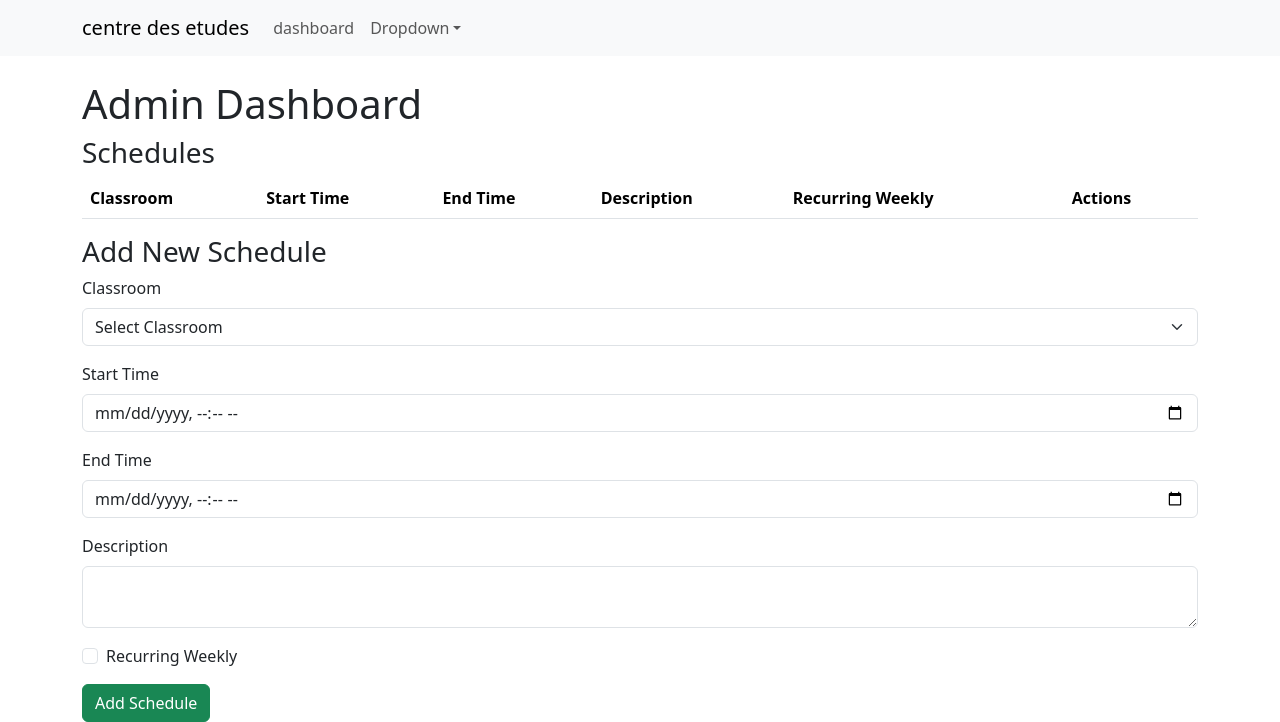
Repository: hatemmoalla368/centredesetudes-nextjs-prisma-calender-cashmanagment
Page: /
The author's editor kept a copy of each file at every save. The page is drawn from the files as they stood at one save, then again after the next save.
The browser window is 1280 px wide. The pictures show the whole page.
The page's requests for data from a server got no answer. The project was rebuilt for these pictures with package versions that can differ from the ones it lists, and the page was loaded fresh each time. The framework's server and built-in components were replaced by stand-ins that run in the browser. No one was signed in, and anything a server would have sent is missing. Also part of the build but not shown: next.config.mjs.

Above is the page before, as saved 2025-03-01 22:44:47.

After the next save:
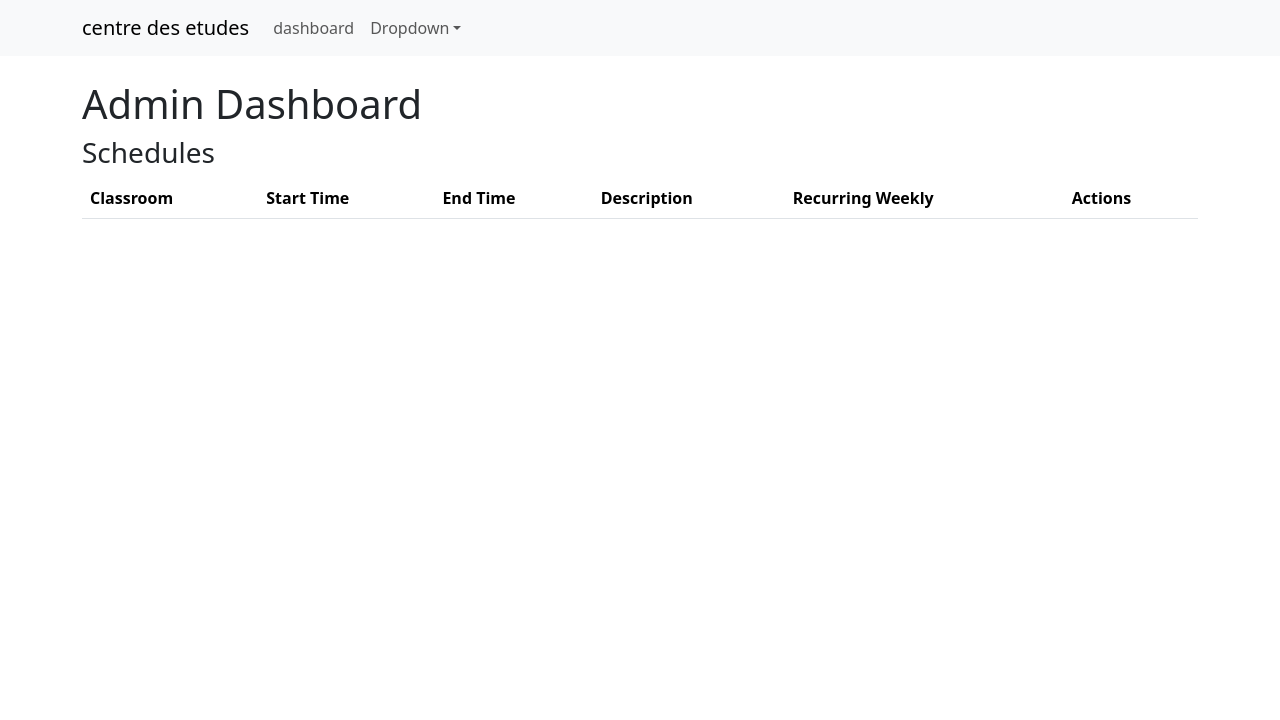
Saved 5 min 11 s later.
--- a/src/components/AdminDashboard.jsx
+++ b/src/components/AdminDashboard.jsx
@@ -166,75 +166,7 @@
         </tbody>
       </table>
 
-      {/* Add/Modify Schedule Form */}
-      <h3>{editSchedule ? 'Edit Schedule' : 'Add New Schedule'}</h3>
-      <form onSubmit={editSchedule ? handleEditSubmit : handleAddSubmit}>
-        <div className="mb-3">
-          <label htmlFor="classroomId" className="form-label">Classroom</label>
-          <select
-            id="classroomId"
-            name="classroomId"
-            className="form-select"
-            value={newSchedule.classroomId}
-            onChange={handleChange}
-            required
-          >
-            <option value="">Select Classroom</option>
-            {classrooms.map((classroom) => (
-              <option key={classroom.id} value={classroom.id}>{classroom.name}</option>
-            ))}
-          </select>
-        </div>
-        <div className="mb-3">
-          <label htmlFor="startTime" className="form-label">Start Time</label>
-          <input
-            type="datetime-local"
-            id="startTime"
-            name="startTime"
-            className="form-control"
-            value={newSchedule.startTime}
-            onChange={handleChange}
-            required
-          />
-        </div>
-        <div className="mb-3">
-          <label htmlFor="endTime" className="form-label">End Time</label>
-          <input
-            type="datetime-local"
-            id="endTime"
-            name="endTime"
-            className="form-control"
-            value={newSchedule.endTime}
-            onChange={handleChange}
-            required
-          />
-        </div>
-        <div className="mb-3">
-          <label htmlFor="description" className="form-label">Description</label>
-          <textarea
-            id="description"
-            name="description"
-            className="form-control"
-            value={newSchedule.description}
-            onChange={handleChange}
-            required
-          ></textarea>
-        </div>
-        <div className="mb-3 form-check">
-          <input
-            type="checkbox"
-            id="recurringWeekly"
-            name="recurringWeekly"
-            className="form-check-input"
-            checked={newSchedule.recurringWeekly}
-            onChange={handleChange}
-          />
-          <label className="form-check-label" htmlFor="recurringWeekly">
-            Recurring Weekly
-          </label>
-        </div>
-        <button type="submit" className="btn btn-success">{editSchedule ? 'Update Schedule' : 'Add Schedule'}</button>
-      </form>
+
     </div>
   );
 };

After the 2 saves that followed:
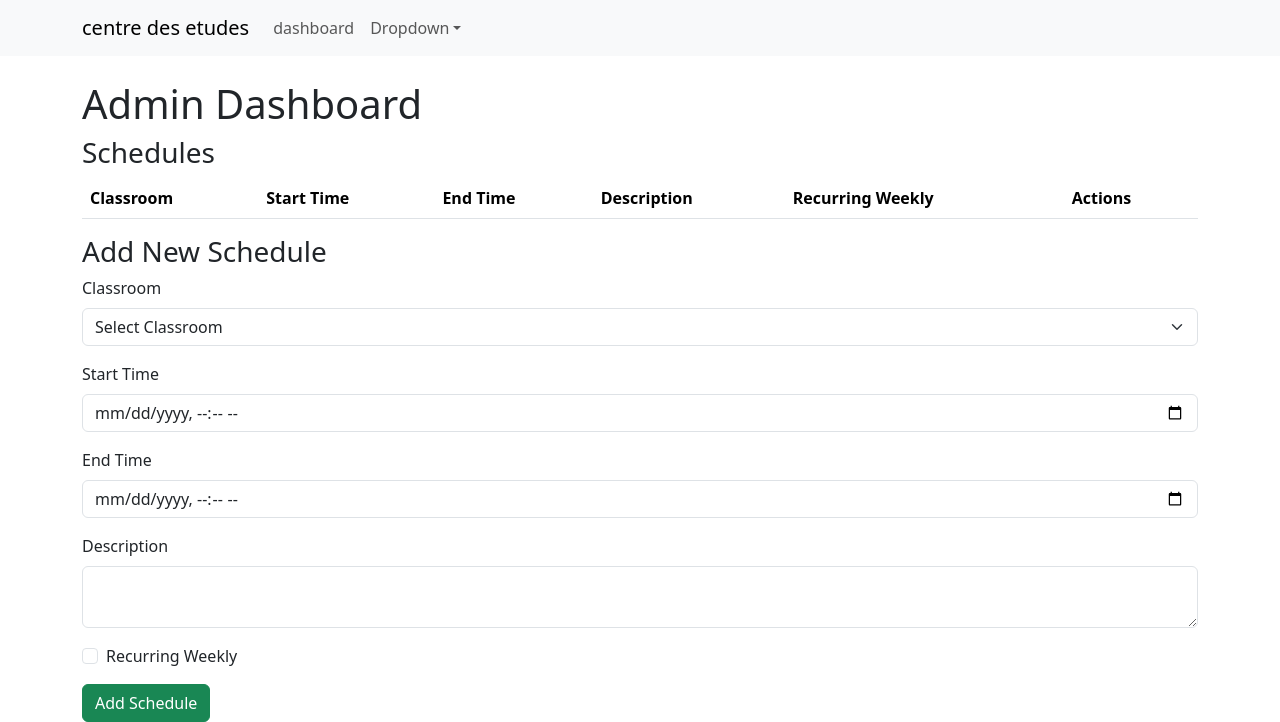
The 2 saves are shown as one change because 1 left the picture as it was.
The last was saved 23 s later.
--- a/src/components/AdminDashboard.jsx
+++ b/src/components/AdminDashboard.jsx
@@ -166,7 +166,75 @@
         </tbody>
       </table>
 
-
+      {/* Add/Modify Schedule Form */}
+      <h3>{editSchedule ? 'Edit Schedule' : 'Add New Schedule'}</h3>
+      <form onSubmit={editSchedule ? handleEditSubmit : handleAddSubmit}>
+        <div className="mb-3">
+          <label htmlFor="classroomId" className="form-label">Classroom</label>
+          <select
+            id="classroomId"
+            name="classroomId"
+            className="form-select"
+            value={newSchedule.classroomId}
+            onChange={handleChange}
+            required
+          >
+            <option value="">Select Classroom</option>
+            {classrooms.map((classroom) => (
+              <option key={classroom.id} value={classroom.id}>{classroom.name}</option>
+            ))}
+          </select>
+        </div>
+        <div className="mb-3">
+          <label htmlFor="startTime" className="form-label">Start Time</label>
+          <input
+            type="datetime-local"
+            id="startTime"
+            name="startTime"
+            className="form-control"
+            value={newSchedule.startTime}
+            onChange={handleChange}
+            required
+          />
+        </div>
+        <div className="mb-3">
+          <label htmlFor="endTime" className="form-label">End Time</label>
+          <input
+            type="datetime-local"
+            id="endTime"
+            name="endTime"
+            className="form-control"
+            value={newSchedule.endTime}
+            onChange={handleChange}
+            required
+          />
+        </div>
+        <div className="mb-3">
+          <label htmlFor="description" className="form-label">Description</label>
+          <textarea
+            id="description"
+            name="description"
+            className="form-control"
+            value={newSchedule.description}
+            onChange={handleChange}
+            required
+          ></textarea>
+        </div>
+        <div className="mb-3 form-check">
+          <input
+            type="checkbox"
+            id="recurringWeekly"
+            name="recurringWeekly"
+            className="form-check-input"
+            checked={newSchedule.recurringWeekly}
+            onChange={handleChange}
+          />
+          <label className="form-check-label" htmlFor="recurringWeekly">
+            Recurring Weekly
+          </label>
+        </div>
+        <button type="submit" className="btn btn-success">{editSchedule ? 'Update Schedule' : 'Add Schedule'}</button>
+      </form>
     </div>
   );
 };
